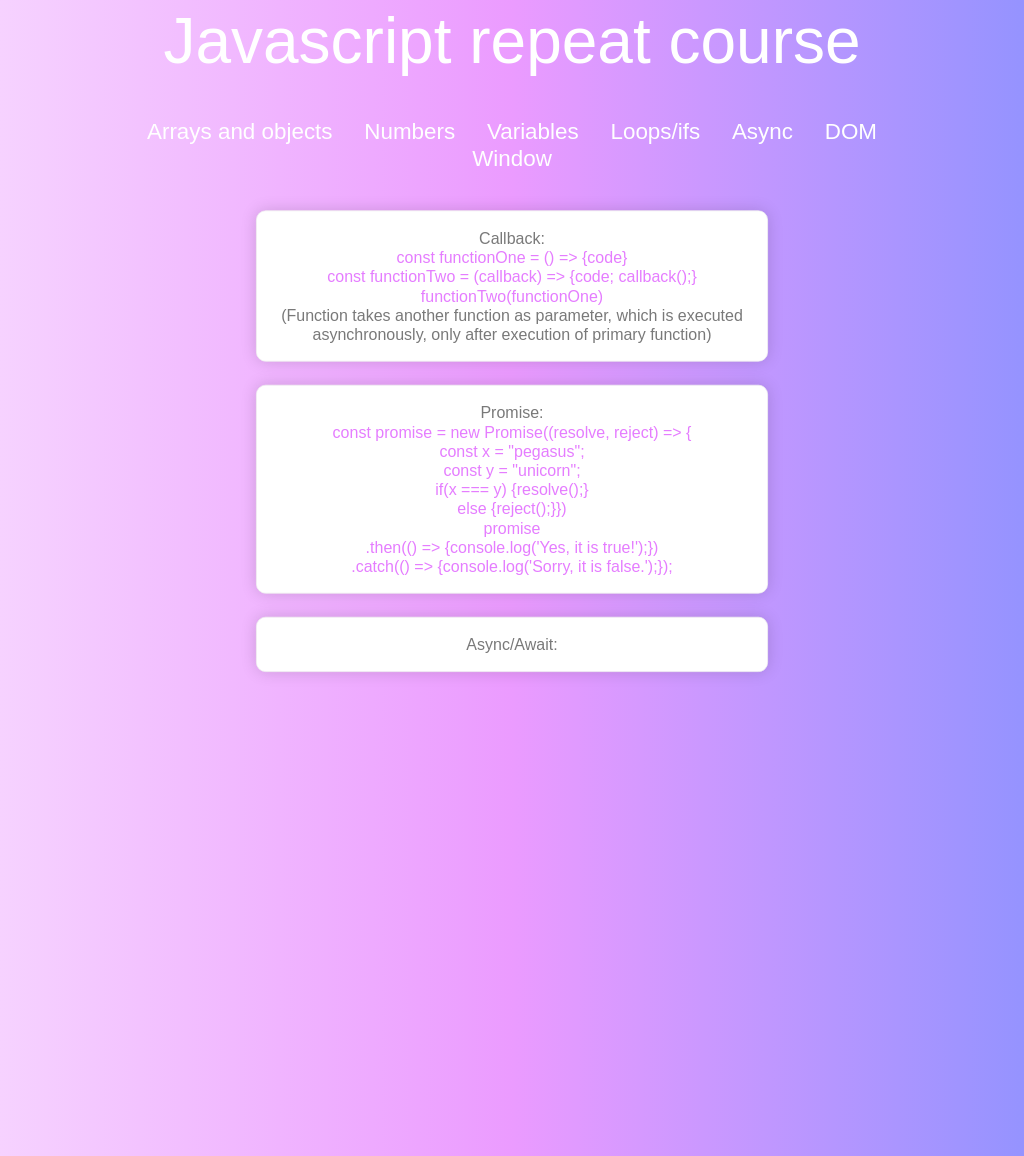
Repository: michalgornicki/javascript
Page: /#/Async
An editor plug-in stored every save of this project. The page is shown before and after a run of saves, followed by the edit.
The browser window is 1280 px wide. The pictures show the whole page, at 80% of full size.
Backgrounds fixed to the window are drawn as part of the page. The project was rebuilt for these pictures with package versions that can differ from the ones it lists, and the page was loaded fresh each time. Also part of the build but not shown: src/index.css, src/components/arrays.jsx, src/components/variables.jsx, src/components/numbers.jsx, src/components/loops.jsx, src/components/DOM manipulation.jsx, src/components/window.jsx.

Above is the page before, as saved 2022-02-04 12:40:46.

After the next 2 saves:
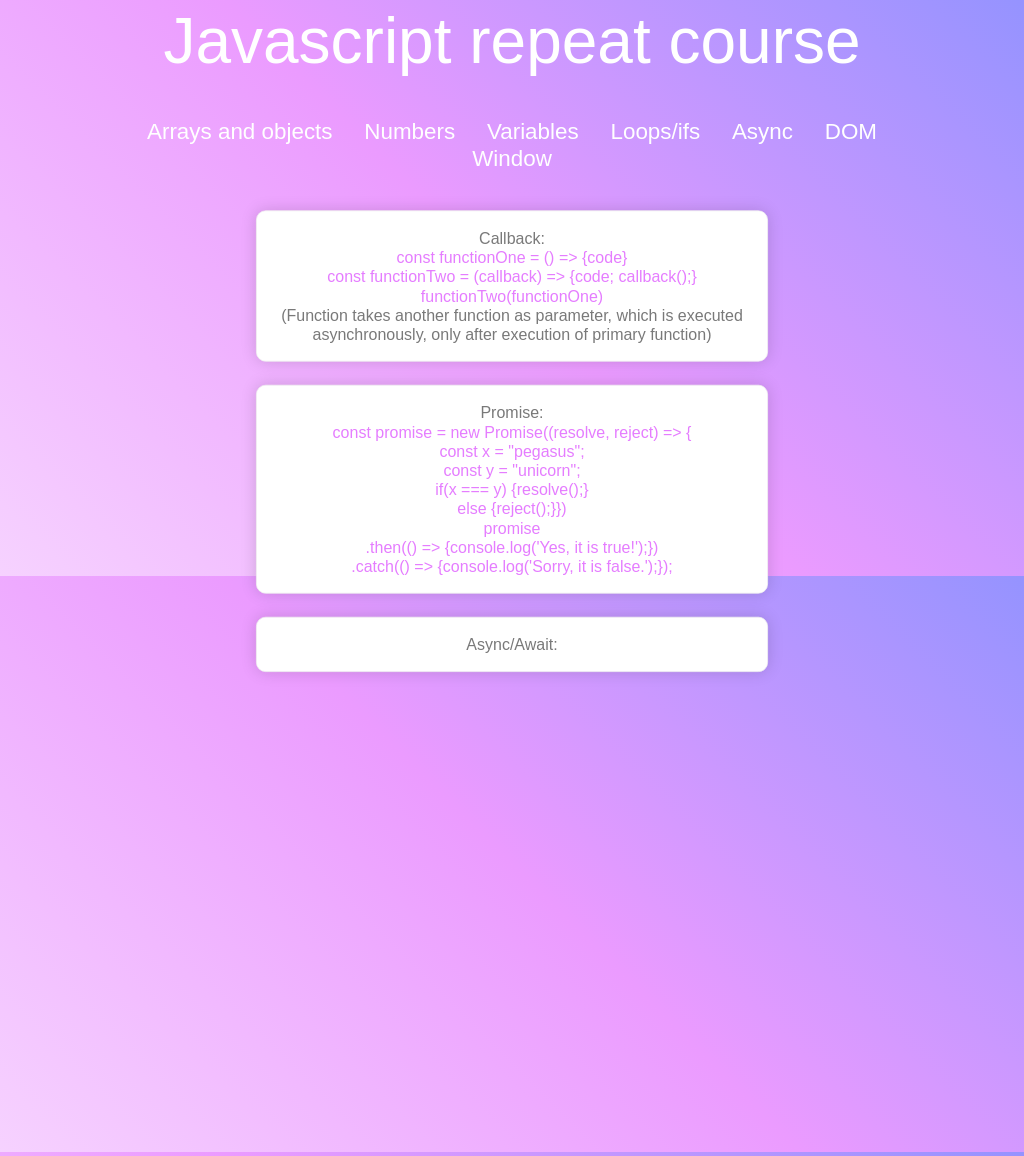
The 2 saves are shown as one change because they came seconds apart.
The last was saved 9 s later.
--- a/src/App.css
+++ b/src/App.css
@@ -3,7 +3,7 @@
     overflow-x: hidden;
     padding-bottom: 80vh;
     height: auto;
-    background: linear-gradient(90deg, rgb(246, 210, 255), rgb(235, 155, 255), rgb(149, 147, 255));
+    background: linear-gradient(45deg, rgb(246, 210, 255), rgb(235, 155, 255), rgb(149, 147, 255));
     background-attachment: fixed;
 }
 

After the 2 saves that followed:
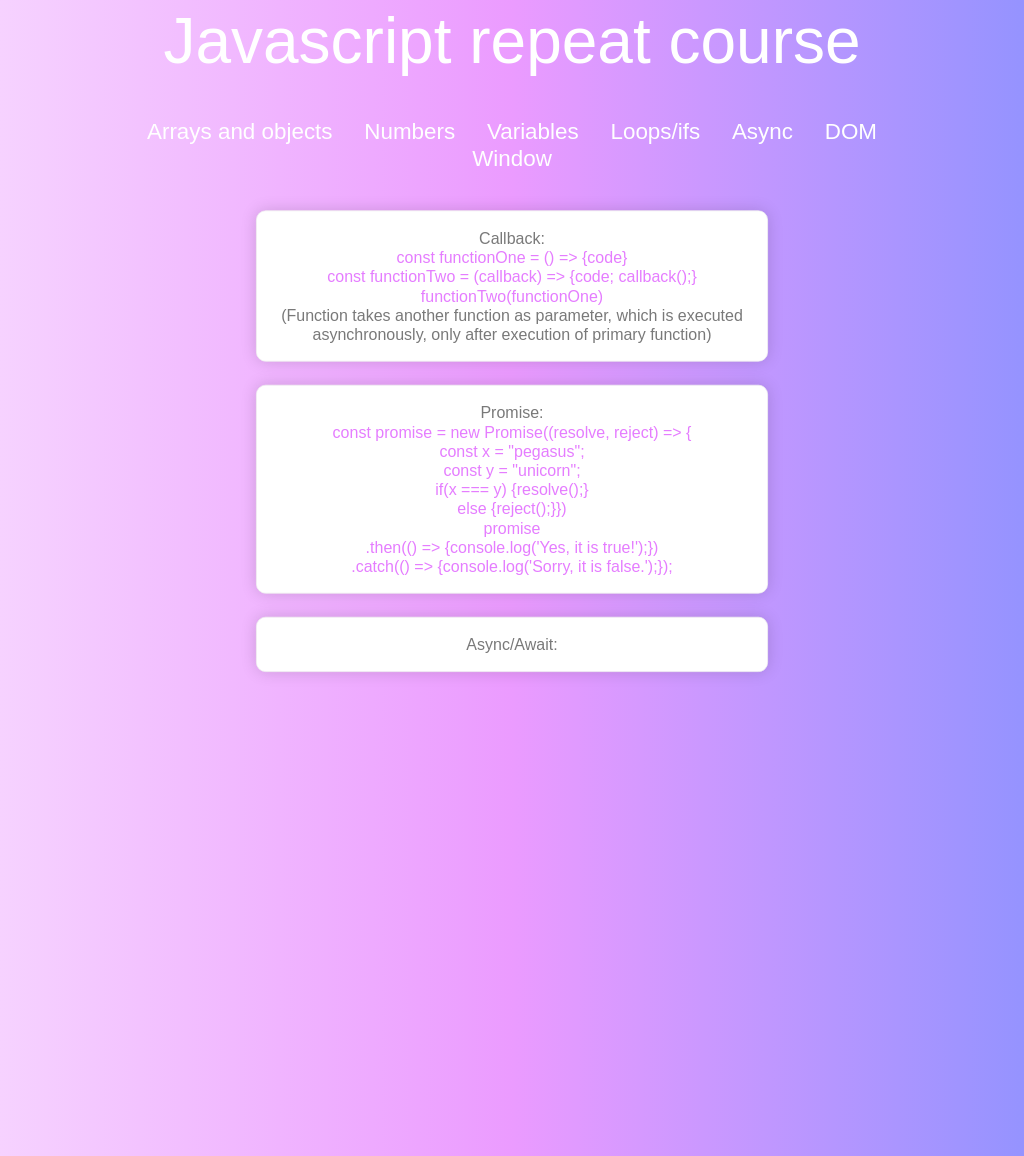
The 2 saves are shown as one change because they came seconds apart.
The last was saved 6 s later.
--- a/src/App.css
+++ b/src/App.css
@@ -3,7 +3,7 @@
     overflow-x: hidden;
     padding-bottom: 80vh;
     height: auto;
-    background: linear-gradient(45deg, rgb(246, 210, 255), rgb(235, 155, 255), rgb(149, 147, 255));
+    background: linear-gradient(90deg, rgb(246, 210, 255), rgb(235, 155, 255), rgb(149, 147, 255));
     background-attachment: fixed;
 }
 
